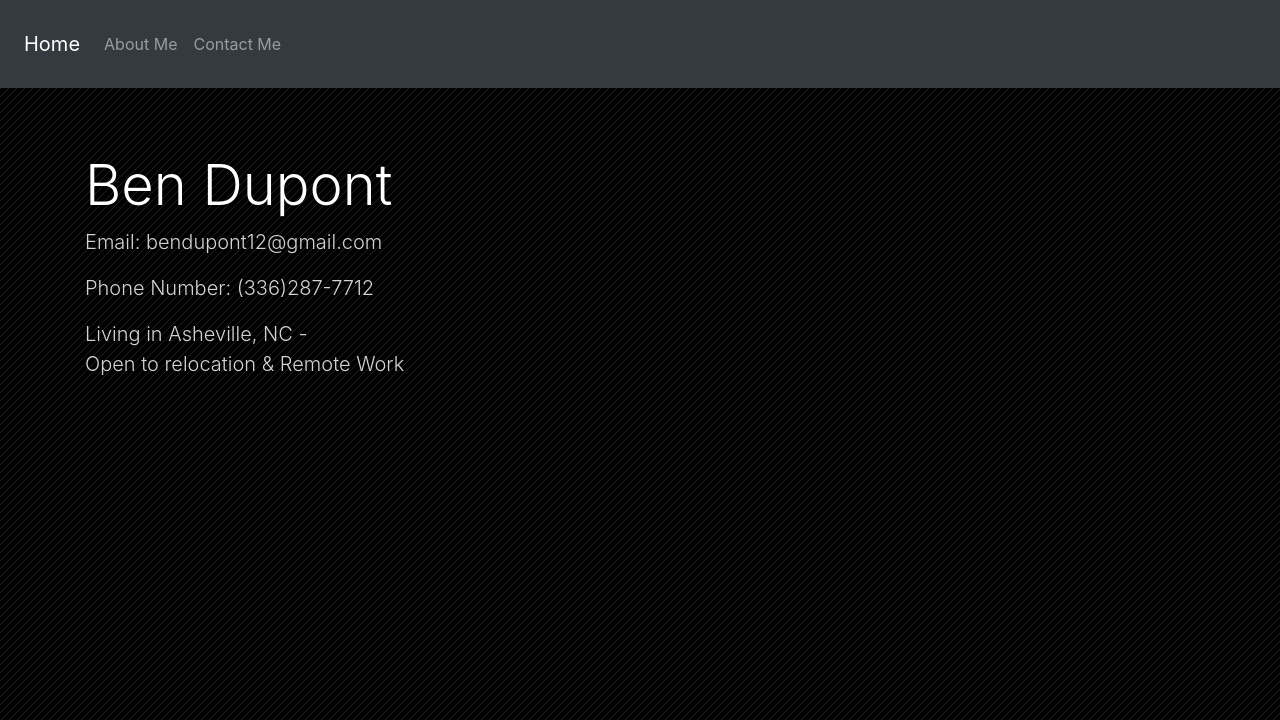
Repository: dupbd/portfolioWebPage
Page: BensSite/src/main/resources/static/contact.html
These files come from the project's save history. The page is drawn as it stood at one moment and after the next save; the edit follows.
The browser window is 1280 px wide. The pictures show the whole page.

Above is the page before, as saved 2021-02-08 22:16:58.

After the next save:
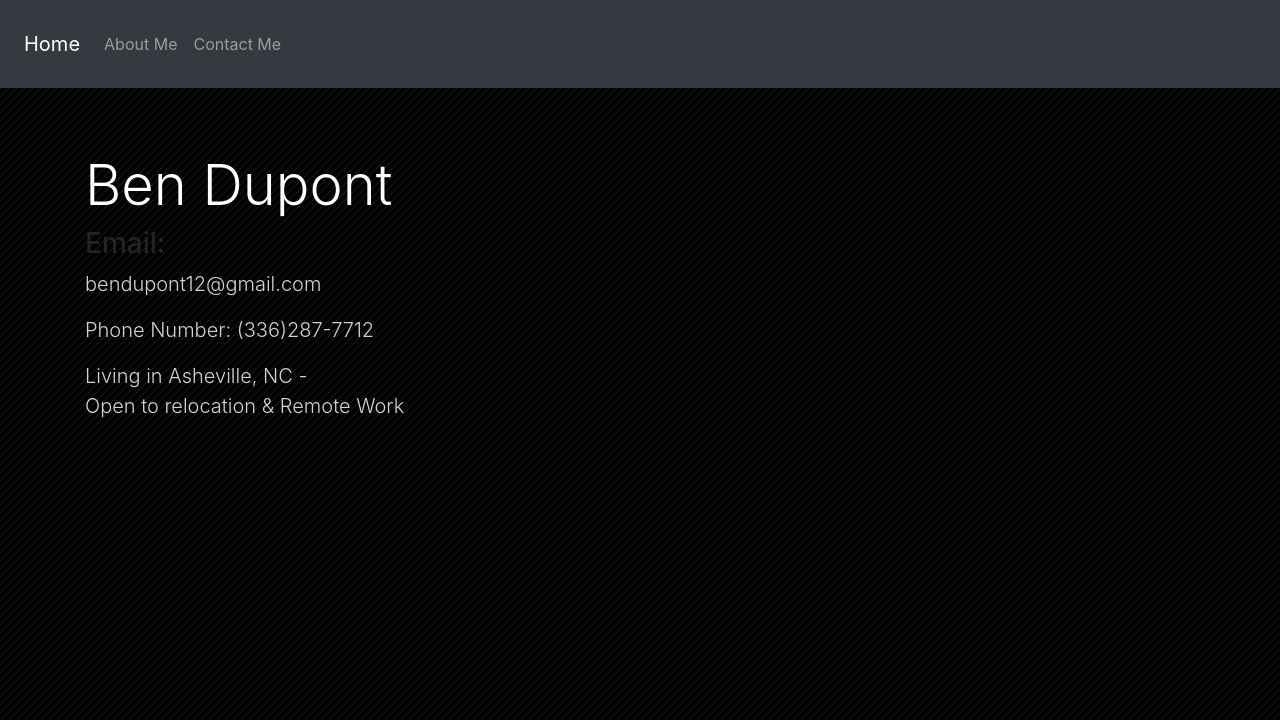
Saved 78 s later.
--- a/BensSite/src/main/resources/static/contact.html
+++ b/BensSite/src/main/resources/static/contact.html
@@ -31,7 +31,8 @@
 <div class="jumbotron jumbotron-fluid">
 <div class="container">
 <h1 class="display-4">Ben Dupont</h1>
-<p class="lead">Email: bendupont12@gmail.com</p>
+<h3>Email:</h3>
+<p class="lead">bendupont12@gmail.com</p>
 <p class="lead">Phone Number: (336)287-7712</p>
 <p class="lead">Living in Asheville, NC - <br>Open to relocation & Remote Work</p>
 </div>
